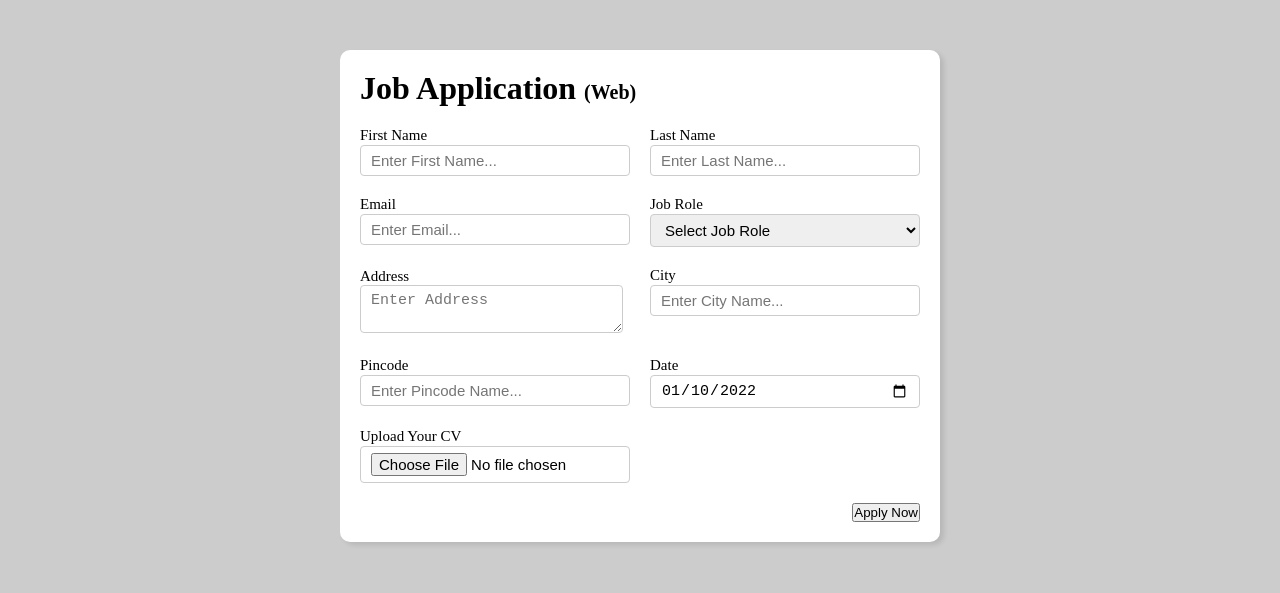
Repository: diensy/JOB-APPLICATION
Page: index.html
The author's editor kept a copy of each file at every save. The page is drawn from the files as they stood at one save, then again after the next save.
The browser window is 1280 px wide. The pictures show the whole page.

Above is the page before, as saved 2024-02-27 22:37:06.

After the next save:
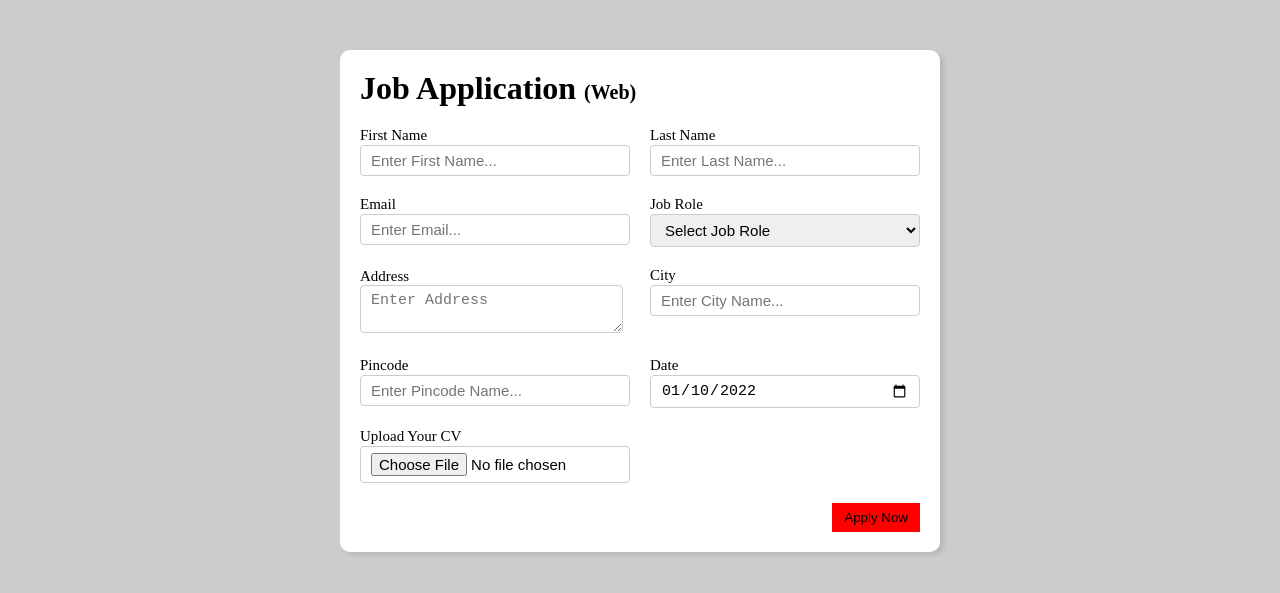
Saved 51 s later.
--- a/Job_Application.css
+++ b/Job_Application.css
@@ -57,3 +57,8 @@ input:focus {
   justify-content: end;
   margin-top: 20px;
 }
+button {
+  background-color: red;
+  border: transparent solid 2px;
+  padding: 5px 10px;
+}
